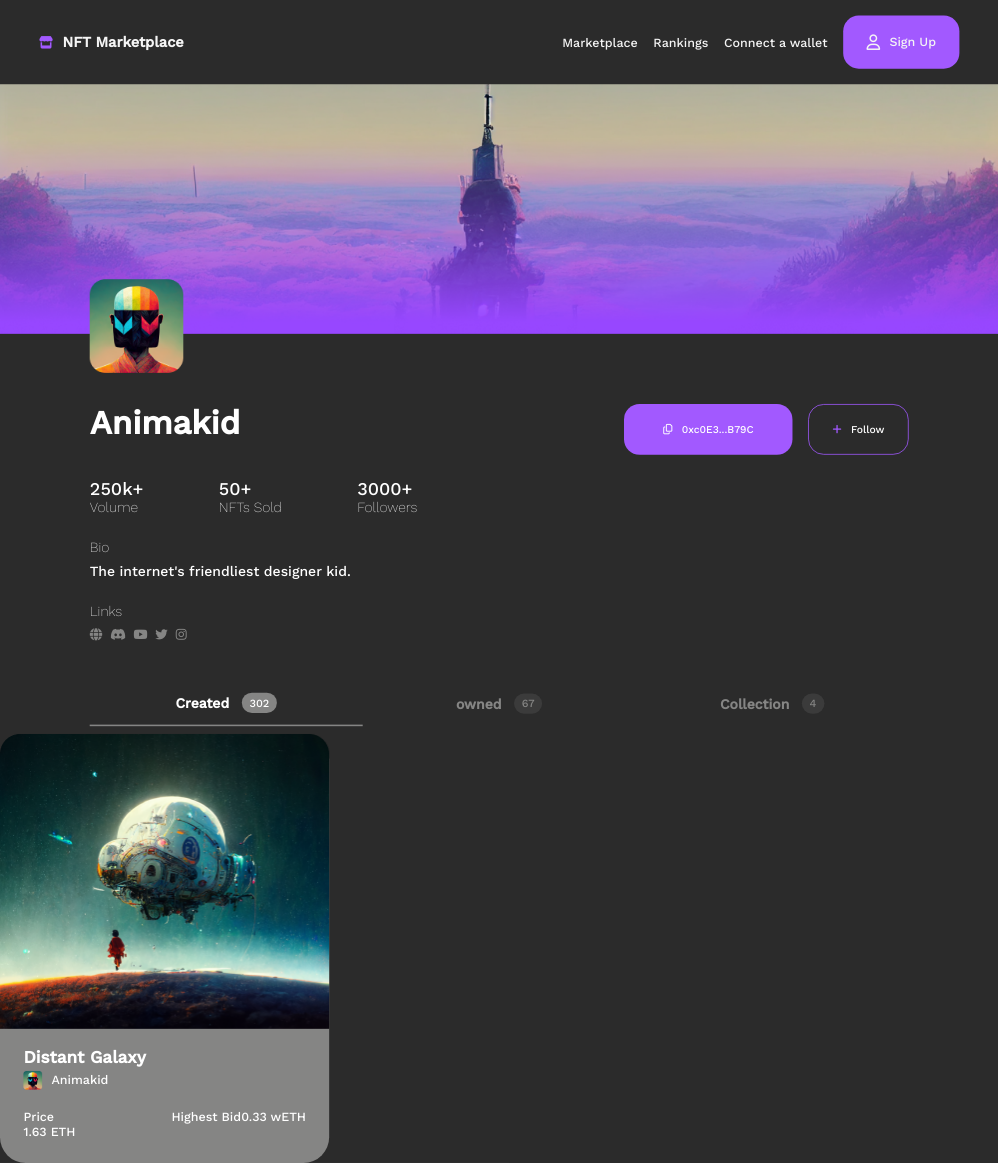
Repository: levananh202ht/NFT_Marketplace
Page: index.html
An editor plug-in stored every save of this project. The page is shown before and after the next save, followed by the edit.
The browser window is 1280 px wide. The pictures show the whole page, at 78% of full size.

Above is the page before, as saved 2023-12-10 15:11:55.

After the next save:
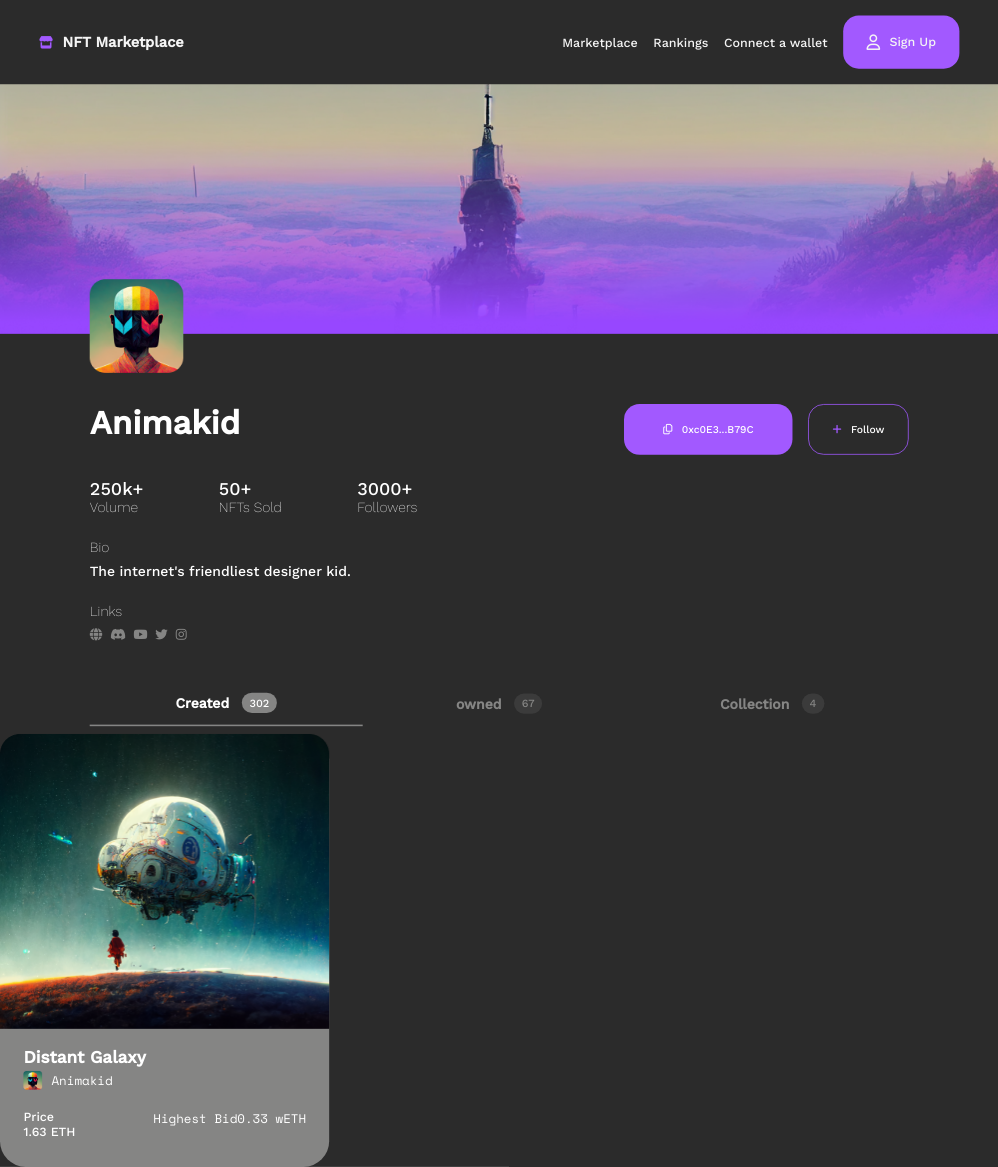
Saved 5 min 4 s later.
--- a/index.css
+++ b/index.css
@@ -1,4 +1,5 @@
 @import url('https://fonts.googleapis.com/css2?family=Work+Sans:ital,wght@0,200;0,500;1,200;1,500&display=swap');
+@import url('https://fonts.googleapis.com/css2?family=Space+Mono:ital@0;1&display=swap');
 
 * {
     margin: 0;
@@ -226,6 +227,7 @@
 .nft_cardSection .nft_cardSection-item .nft_cardSection-item-info div:nth-child(2) p {
     font-size: 16px;
     font-style: normal;
+    font-family: 'Space Mono', monospace;
     font-weight: 400;
 }
 .nft_cardSection .nft_cardSection-item .nft_cardSection-item-info div:nth-child(3) {
